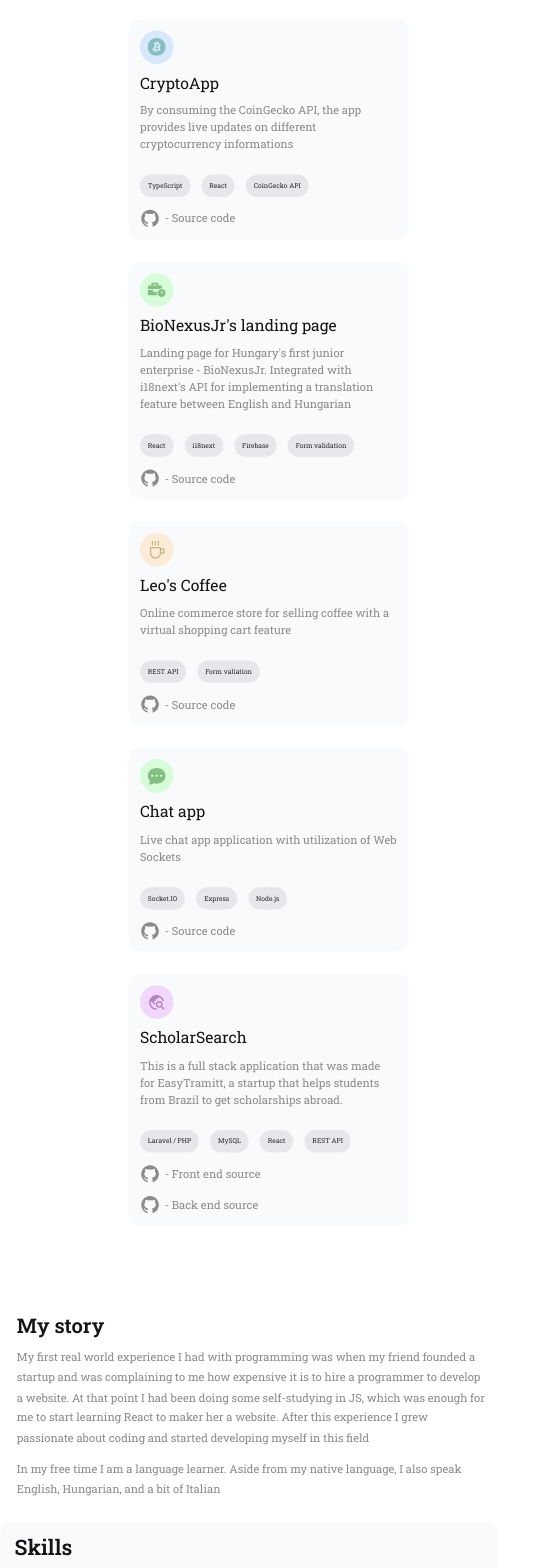
Repository: Leoka2000/portfolio-final
Page: /
The author's editor kept a copy of each file at every save. The page is drawn from the files as they stood at one save, then again after the next save.
The browser window is 768 px wide. The pictures show the part of the page from y = 588 to 2828 px (the page is 3826 px tall before and 3834 px after), at 70% of full size.
The page's requests for data from a server got no answer. Some web fonts or font styles are not loaded; a fallback is used. The project was rebuilt for these pictures with package versions that can differ from the ones it lists, and the page was loaded fresh each time. No one was signed in, and anything a server would have sent is missing. Also part of the build but not shown: src/App.css. Imported but missing from the stored project, and not drawn on this page: src/assets/LeoCV.pdf, src/assets/ScholarSearch.mp4.

Above is the page before, as saved 2023-05-11 19:57:11.

### public/index.html
<!DOCTYPE html>
<html lang="en">
  <head>
    <meta charset="utf-8" />
    <link rel="icon" href="%PUBLIC_URL%/favicon.ico" />
    <meta name="viewport" content="width=device-width, initial-scale=1" />
    <meta name="theme-color" content="#000000" />
    <meta
      name="description"
      content="Web site created using create-react-app"
    />
    <link rel="apple-touch-icon" href="%PUBLIC_URL%/logo192.png" />
    <!-- font -->
    <link rel="preconnect" href="https://fonts.googleapis.com">
    <link rel="preconnect" href="https://fonts.gstatic.com" crossorigin>
    <link href="https://fonts.googleapis.com/css2?family=Fira+Sans+Extra+Condensed:wght@300&family=Roboto+Condensed:wght@300&family=Roboto+Slab:wght@400;500;600&display=swap" rel="stylesheet">

    <!-- font -->
    <link rel="manifest" href="%PUBLIC_URL%/manifest.json" />

    <title>React App</title>
  </head>
  <body>
    <noscript>You need to enable JavaScript to run this app.</noscript>
    <div id="root"></div>
    <!--
      This HTML file is a template.
      If you open it directly in the browser, you will see an empty page.

      You can add webfonts, meta tags, or analytics to this file.
      The build step will place the bundled scripts into the <body> tag.

      To begin the development, run `npm start` or `yarn start`.
      To create a production bundle, use `npm run build` or `yarn build`.
    -->
  </body>
</html>

### src/pages/main/home.jsx
import React from 'react'
import Navbar from '../../compontents/navbar/navbar'
import Hero from './hero/hero'
import Work from './work/work-parent'
import About from './about/about'
import Contact from '../contact/contact'


const Home = () => {
  return (
    <>
      <Hero/>
      <Work/>
      <About/>
      <Contact/>
    </>
  )
}

export default Home

### src/compontents/navbar/navbar.css
.nav-navbar {
    display: flex;
    justify-content: flex-start;

    align-items: center;
    height: 90px;
}

.nav-navbar > span {
    display: flex;
    color: var(--h1);
    text-align: center;
    align-items: center;
    justify-content: center;
    background-color: #f5f5f5;
    font-weight: 300;
    padding: 9px 30px;
    border-radius: 30px;
    height: 2rem;
    gap: 1rem;
    width: auto;
    position: absolute;
    right: 30rem;

}
.nav-navbar > span > div {
width: 1.4rem;
border-radius: 100%;
background-color: rgb(101, 223, 101);
height: 1.4rem;
}
.dropdown-menu{
    position: absolute;
    right: 0;
    margin-right: 2rem;


}
.nav-dropdown {
    transform: none;
    transition: all 2s ease-in-out;
    margin-top: 1rem;
    background-color: #f5f5f5;
    position: absolute;
    top: 1;
    right: 0;
    border-radius: 10px;
    width: 10rem;
    height: 8.5rem;
    font-size: 1.2rem;
    transition: all .2s ease-in-out;
    box-shadow: rgba(0, 0, 0, 0.1) 0px 20px 25px -5px, rgba(0, 0, 0, 0.04) 0px 10px 10px -5px;
    opacity:1;
    transition:

     0s linear,
     1s linear;
}
.nav-dropdown::before {
    content: "";
z-index: -1;
position: absolute;
top: 0;
right: 0;
bottom: 0;
left: 0;
background: linear-gradient(-45deg,#e81cff,#40c9ff);
transform: translateZ(0) scale(.95);
filter: blur(20px);
opacity: .6;
transition: .3s;
border-radius: inherit;
transition: all 2s ease-in-out;

}
.dropdown{

    list-style: none;
    display: flex;
 flex-direction: column;
 padding: 1rem;
 transform: none;
 opacity:1;
    transition:

     0s linear,
     1s linear;


}

.dropdown > a {
    list-style: none;
    width: 84%;
    display: flex;
    padding: 0.5rem 1rem 0.5rem 0.7rem;
}
.dropdown > a > a {
    width: 100%;
}
.dropdown a:hover {
    background-color: rgb(219, 219, 219);
    cursor: pointer;
    border-radius: 10px;
    transition: 0.2s;
}
.nav-navbar > div > button {
    background-color: transparent;
    outline: none;
    border: none;
    display: flex;
    align-items: center;
    background-color: #f5f5f5;
    border-radius: 10px;

    padding: 0.8rem;
    justify-content: center;
    gap: 0.2rem;
    cursor: pointer;
    position: relative;
    transition: 0.3s;
}
.nav-navbar > div > button:hover {
background-color: rgb(228, 228, 228);
transform: scale(1.1);
}
.dropdown-menu > button > p {
    font-size: 1.2rem;

}
.dropdown-menu button svg {
    font-size: 1.5rem;
}

### src/pages/main/hero/hero.jsx
import React from 'react'
import {AiFillGithub} from 'react-icons/ai'
import {AiOutlineMail} from 'react-icons/ai'
import {AiFillLinkedin} from 'react-icons/ai'
import './hero.css'
import { Link } from 'react-scroll'

const hero = () => {
  return (
    <>
      <section className='hero-section'>
        <h1>Hi, I'm Leo, a front-end developer</h1>
        <p>I build things for the web primarily using React. Currently living in Hungary</p>
        <div className='icons-wrapper'>
          <a href='https://www.linkedin.com/in/leoreus/'><AiFillGithub/></a>
          <a href='https://github.com/Leoka2000'><AiOutlineMail/> </a>
          <a><AiFillLinkedin/></a>
        </div>
        <button className='hero-btn'> <Link to="contact" spy={true} smooth={true} offset={100} duration={500}>Hire me</Link></button>
      </section>
    </>
  )
}

export default hero

### src/pages/main/hero/hero.css
.hero-section {
    display: flex;
    flex-direction: column;
    text-align: center;
    align-items: center;
    padding: 4rem 2rem 2rem 2rem;
    justify-content: center;
    gap: 1.5rem
}
.hero-section h1 {
    color: var(--h1);
    font-size: 5rem;
}
.hero-section p {
    color: var(--p);
    font-size: 2rem;
    line-height: 2.5rem;
    width: 80%;

}
.icons-wrapper {
    font-size: 2rem;
    color: var(--p);
    background-color: #f5f5f5;
    border-radius: 25px;
    align-items: center;
    padding: 0.8rem 0 0.5rem 0;
    width: 12rem;
    display: flex;
    justify-content: center;
    gap: 1rem;
    cursor: pointer;

}
.icons-wrapper a {
    text-decoration: none;
    color: var(--p);
}
.icons-wrapper svg {
    transition: 0.4s;
}
.icons-wrapper svg:hover {
    color: rgb(0, 0, 0);
}


.hero-section > button {
    font-family: 'Fira Sans Extra Condensed', sans-serif;

    font-family: 'Inter', sans-serif;

    font-family: 'Roboto Condensed', sans-serif;

    font-family: 'Roboto Slab', serif;

    display: flex;
    justify-content: center;
    align-items: center;
    color: white;
    font-size: 1.3rem;
    width: 10rem;
    height: 3.5rem;
    border-radius: 10px;
    outline: none;
    background-color: black;
    border: none;
    position: relative;
    cursor: pointer;
    transition: all .2s ease-in-out;
    box-shadow: rgba(0, 0, 0, 0.1) 0px 20px 25px -5px, rgba(0, 0, 0, 0.04) 0px 10px 10px -5px;
}
.hero-section > button::before {
    content: "";
z-index: -1;
position: absolute;
top: 0;
right: 0;
bottom: 0;
left: 0;
background: linear-gradient(-45deg, #e81cff, #40c9ff);
transform: translateZ(1) scale(.98);
filter: blur(20px);
opacity: .6;
transition: opacity .3s;
border-radius: inherit;
transition: all .2s ease-in-out;
}
.hero-section > button::after {

        content: "";
        z-index: -1;
        position: absolute;
        top: 0;
        right: 0;
        bottom: 0;
        left: 0;
        background: inherit;
        border-radius: inherit;
      }

.hero-section > button:hover {
transform: scale(1.1);
background-color: white;
color: black;
}



@media screen and (max-width: 1000px) {
    .hero-section > h1 {
        color: var(--h1);
        font-size: 2rem;
    }
    .hero-section > p {
        font-size: 1.2rem;
        line-height: 1.4rem;
    }

}

### src/pages/main/work/work.css
.work-section {
    display: flex;
    flex-direction: column;
    justify-content: center;
    padding: 4rem 1rem 1rem 1rem;

}
.work-section > header {
text-align: center;
font-size:2.5rem;
}

.work-main {
    padding-top: 4rem;
    display: flex;
    gap: 2rem;
    flex-wrap: wrap;
    justify-content: center;
}
.individual-wrapper {
    background-color: var(--background);
    width: 23rem;
    cursor: pointer;
    display: flex;
    justify-content: space-between;
    flex-direction: column;
gap: 1rem;
padding: 1rem;
border-radius: 15px;
height: auto;
transition: 0.5s;
}
.individual-wrapper:hover {
    transform: scale(1.02);
    background-color: rgb(241, 241, 241);

}
.individual-wrapper > h1 {
    font-size: 1.4rem;
    font-weight: 400;
}
.individual-wrapper > span {
    font-size: 1.6rem;
    background-color: var(--background-dark);
    border-radius: 100%;
    width: 3rem;
    height: 3rem;
    justify-content: center;
    align-items: center;
    display: flex;
}
.individual-wrapper > p {
    color: var(--p);
    line-height: 1.5rem;
}
.key-wrapper {
    display: flex;
    gap: 1rem
}
.key-wrapper > span {
    margin-top: 1rem;
    text-align: center;
    padding: 0.7rem;
    border-radius: 16px;
    width: auto;
    display: block;
    font-weight: 100;
    font-size: 0.75rem;
    background-color: var(--background-dark);
    color :rgb(43, 43, 43)
}

a { color: inherit;
text-decoration: none;
}
.individual-wrapper > a {
    font-size: 1.8rem;
    cursor: pointer;
    display: flex;
    color: var(--p);
    align-items: center;
    gap: 0.4rem;
    transition: 0.3s;
}
.individual-wrapper > a > p {
    color: var(--p);
    font-size: 1rem;
    transition: 0.3s;

}

.individual-wrapper > a:hover #hover {
    color: black;
}

.individual-wrapper > a:hover {
    color: black;
}
#work-1 {
    background-color: rgb(215, 232, 252);
    color: rgb(133, 190, 188);
}

#work-2 {
    background-color: rgb(215, 252, 217);
    color: rgb(133, 190, 133);
}
#work-3 {
    background-color: rgb(252, 235, 215);
    color: rgb(190, 184, 133);
}
#work-4 {
    background-color: rgb(215, 252, 217);
    color: rgb(133, 190, 133);
}
#work-5 {
    background-color: rgb(241, 215, 252);
    color: rgb(183, 133, 190);
}

  .video-overlay {
    position: fixed;
    top: 0;
    left: 0;
    width: 100%;
    height: 100%;
    background-color: rgba(0, 0, 0, 0.8);
    display: flex;
    justify-content: center;
    align-items: center;
    z-index: 9999;
  }

  .video-overlay video {
    width: 90%;
    height: 90%;
  }

  .video-overlay button {
    background-color: #fff;
    position: absolute;
    color: #000;
    border: none;
    right: 4rem;
    top: 12rem;
    padding: 10px 20px;
    font-size: 16px;
    border-radius: 4px;
    cursor: pointer;
  }

  .video-overlay button:hover {
    background-color: #000;
    color: #fff;
  }

  @media screen and (max-width: 1000px) {

    .video-overlay button {
        background-color: #fff;
        position: absolute;
        color: #000;
        border: none;
        right: 9rem;
        top: 9rem;
        padding: 10px 20px;
        font-size: 16px;
        border-radius: 4px;
        cursor: pointer;
      }


}

@media screen and (max-width: 800px) {
    .key-wrapper > span {
        margin-top: 1rem;
        text-align: center;
        padding: 0.7rem;
        border-radius: 16px;
        width: auto;
        display: block;
        font-weight: 100;
        font-size: 0.6rem;
        background-color: var(--background-dark);
        color :rgb(43, 43, 43)
    }
}

### src/pages/main/work/projects/bionexus/index.jsx
import React from 'react'
import {FaBusinessTime} from 'react-icons/fa'
import {AiFillGithub} from 'react-icons/ai'

const index = () => {
  return (
    <a target='_blank' href='https://bionexusjr.com/' className='individual-wrapper'>
    <span id='work-2'><FaBusinessTime/></span>
    <h1>BioNexusJr's landing page</h1>
    <p>Landing page for Hungary's first junior enterprise - BioNexusJr. Integrated with i18next's API for implementing a translation feature between English and Hungarian</p>
    <div className='key-wrapper'>
    <span>React</span>
      <span>i18next</span>
      <span>Firebase</span>
      <span>Form validation</span>
    </div>
    <a href='https://github.com/Leoka2000/BioNexus-s-Website'><AiFillGithub/><p id='hover'>- Source code</p></a>
  </a>
  )
}

export default index

### src/pages/main/work/projects/coffee/index.jsx
import React from 'react'
import {AiOutlineCoffee} from 'react-icons/ai'
import {AiFillGithub} from 'react-icons/ai'

const index = () => {
  return (
    <a target='_blank'  href='https://voluble-salamander-19402b.netlify.app/' className='individual-wrapper'>
      <span id='work-3'><AiOutlineCoffee/></span>
      <h1>Leo's Coffee</h1>
      <p>Online commerce store for selling coffee with a virtual shopping cart feature</p>
      <div className='key-wrapper'>
        <span>REST API</span>
        <span>Form valiation</span>
      </div>
      <a href='https://www.facebook.com/'><AiFillGithub/><p id='hover'>- Source code</p></a>
    </a>
  )
}

export default index

### src/pages/main/work/projects/chatapp/index.jsx
import React from 'react'
import {BsFillChatDotsFill} from 'react-icons/bs'
import {AiFillGithub} from 'react-icons/ai'

const index = () => {
  return (
    <a target='_blank'  href='https://idyllic-horse-830bac.netlify.app/' className='individual-wrapper'>
    <span id='work-4'><BsFillChatDotsFill/></span>
    <h1>Chat app</h1>
    <p>Live chat app application with utilization of Web Sockets</p>
    <div className='key-wrapper'>
      <span>Socket.IO</span>
      <span>Express</span>
      <span>Node.js</span>
    </div>
    <a href='https://www.facebook.com/'><AiFillGithub/><p id='hover'>- Source code</p></a>
  </a>
  )
}

export default index

### src/pages/main/work/projects/easy/index.jsx
import React, { useState } from 'react';
import { MdTravelExplore } from 'react-icons/md';
import { AiFillGithub } from 'react-icons/ai';
import video from '../../../../../assets/ScholarSearch.mp4';

const Index = () => {
  const [isVideoPlaying, setIsVideoPlaying] = useState(false);

  const handleVideoClick = (event) => {
    const targetElement = event.target;
    const isGithubLink = targetElement.closest('.github-link');

    if (!isGithubLink) {
      setIsVideoPlaying(true);
      disableScroll();
    }
  };

  const handleQuitVideo = () => {
    setIsVideoPlaying(false);
    enableScroll();
  };

  const disableScroll = () => {
    document.body.style.overflow = 'hidden';
  };

  const enableScroll = () => {
    document.body.style.overflow = '';
  };

  return (
    <div>
      <div onClick={handleVideoClick} className="individual-wrapper">
        <span id="work-5">
          <MdTravelExplore />
        </span>
        <h1>ScholarSearch</h1>
        <p>
          This is a full stack application that was made for EasyTramitt, a
          startup that helps students from Brazil to get scholarships abroad.
        </p>
        <div className="key-wrapper">
          <span>Laravel / PHP</span>
          <span>MySQL</span>
          <span>React</span>
          <span>REST API</span>
        </div>
        <a target='_blank' href="https://github.com/Leoka2000/front-end-ScholarSearch" className="github-link">
          <AiFillGithub />
          <p id="hover">- Front end source</p>
        </a>
        <a  target='_blank' href="https://github.com/Leoka2000/back-end-laravel" className="github-link">
          <AiFillGithub />
          <p id="hover">- Back end source</p>
        </a>
      </div>

      {isVideoPlaying && (
        <div className="video-overlay">
          <video src={video} controls autoPlay />
          <button onClick={handleQuitVideo}>Quit</button>
        </div>
      )}
    </div>
  );
};

export default Index;

### src/pages/main/work/projects/cryptoapp/index.jsx
import React from 'react'
import {SiBitcoin} from 'react-icons/si'
import {AiFillGithub} from 'react-icons/ai'

const index = () => {
  return (
    <a target='_blank'  href='https://regal-macaron-8fc4ed.netlify.app/' className='individual-wrapper'>
      <span id='work-1'><SiBitcoin/></span>
      <h1>CryptoApp</h1>
      <p>By consuming the CoinGecko API, the app provides live updates on different cryptocurrency informations</p>
      <div className='key-wrapper'>
      <span>TypeScript</span>
      <span>React</span>
        <span>CoinGecko API</span>
      </div>
      <a href='https://github.com/Leoka2000/CryptoApp'><AiFillGithub/><p id='hover'>- Source code</p></a>
    </a>
  )
}

export default index

### src/pages/main/about/about.css
.about-section {
    display: flex;
    gap: 0.5rem;
    padding: 7rem 1.5rem 5rem 4rem;
}

.left {
    display: flex;
    flex-direction: column;
    width: 50rem;
    gap: 1rem;

}
.left > h1 {
    color: var(--h1);
    font-size: 1.8rem;
}
.left > p {
    line-height: 1.8rem;
    color: var(--p);
    font-size: 1rem;
    font-weight: normal;
    -webkit-font-smoothing: antialiased;
    -moz-osx-font-smoothing: grayscale;
    width: 90%;

}

.right {
    display:flex;
    flex-direction: column;
    background-color: var(--background);
    border-radius: 16px;
    gap:1.6rem;
    padding: 1.3rem;
    justify-content: space-evenly;
    z-index: 0;
    width: 30rem;

}
.right > h1 {
    font-size: 1.9rem;
}
.right > p {
    color: var(--p);
    font-size: 1.1rem;
    line-height: 1.8rem;
    width: 95%;
}
.right-btn {
    display: flex;
    justify-content: center;
    align-items: center;
    color: white;
    font-size: 1rem;
    width: 10rem;
    height: 2.5rem;
    border-radius: 10px;
    outline: none;

    background-color: black;
    border: none;
    position: relative;
    cursor: pointer;
    transition: all .2s ease-in-out;
    box-shadow: rgba(0, 0, 0, 0.1) 0px 20px 25px -5px, rgba(0, 0, 0, 0.04) 0px 10px 10px -5px;
    font-family: 'Fira Sans Extra Condensed', sans-serif;

    font-family: 'Inter', sans-serif;

    font-family: 'Roboto Condensed', sans-serif;

    font-family: 'Roboto Slab', serif;
}
.right-btn::before {
    content:"";
z-index: -1;
position: absolute;
top: 0;
right: 0;
bottom: 0;

left: 0;
background: linear-gradient(-45deg, #e81cff, #40c9ff);
transform: translateZ(1) scale(.98);
filter: blur(20px);
opacity: 0.8;
transition: opacity .3s;
border-radius: inherit;
transition: all .2s ease-in-out;
}
.right-btn::after {

        content: "";
        z-index: -1;
        position: absolute;
        top: 0;
        right: 0;
        bottom: 0;
        left: 0;
        background: inherit;
        border-radius: inherit;
      }

      .right-btn:hover {
transform: scale(1.1);
background-color: white;
color: black;
}




@media screen and (max-width: 1150px) {
    .right {
        width: 35rem;


    }
    .left {
        width: 40rem;
        padding-left: 1.5rem;
    }
}

@media screen and (max-width: 1000px) {
    .about-section {
        flex-direction: column;
        padding-left: 0rem;
    }
    .right {
        width: 90%;



    }
    .left {
        width: 90%;
        padding-bottom: 1.5rem;


    }
    .left > p {
        width: 100%;
    }

    .right-btn {
        width: 13rem;
    }

    .right > p {

        font-size: 1.2rem;

    }
}

### src/pages/main/about/thingsido/index.jsx
import React from 'react'

const index = () => {
  return (
    <div className='left'>
            <h1>My story</h1>
            <p>My first real world experience I had with programming was when my friend founded a startup and was complaining to me how expensive it is to hire a programmer to develop a website. At that point I had been doing some self-studying in JS, which was enough for me to start learning React to maker her a website. After this experience I grew passionate about coding and started developing myself in this field</p>
            <p>In my free time I am a language learner. Aside from my native language, I also speak English, Hungarian, and a bit of Italian</p>
        </div>
  )
}

export default index

### src/pages/main/about/skills/index.jsx
import React from 'react'
import CV from '../../../../assets/LeoCV.pdf'
import './index.css'



const index = () => {
    return (
        <div className='right'>
            <h1>Skills</h1>
            <p>HTML / CSS / TypeScript / React / Laravel / PHP / MySQL / Next.js / Node.js / Express.js / Figma</p>
            <a href={CV} download className='right-btn'>Download CV</a>
        </div>
    )
}

export default index

Loaded but not shown: src/index.js (common file); src/index.css (common file); src/App.js (common file); src/pages/contact/inputs/index.js (55 lines, source omitted); src/compontents/navbar/navbar.js (35 lines, source omitted); src/pages/main/work/work-parent.js (32 lines, source omitted); src/firebaseConfig.js (27 lines, source omitted); src/pages/contact/contact.js (22 lines, source omitted); src/pages/main/about/about.js (15 lines, source omitted); src/pages/contact/contact.css (159 lines, source omitted); src/pages/main/about/skills/index.css (no stored copy; drawn as an empty file)

After the next save:
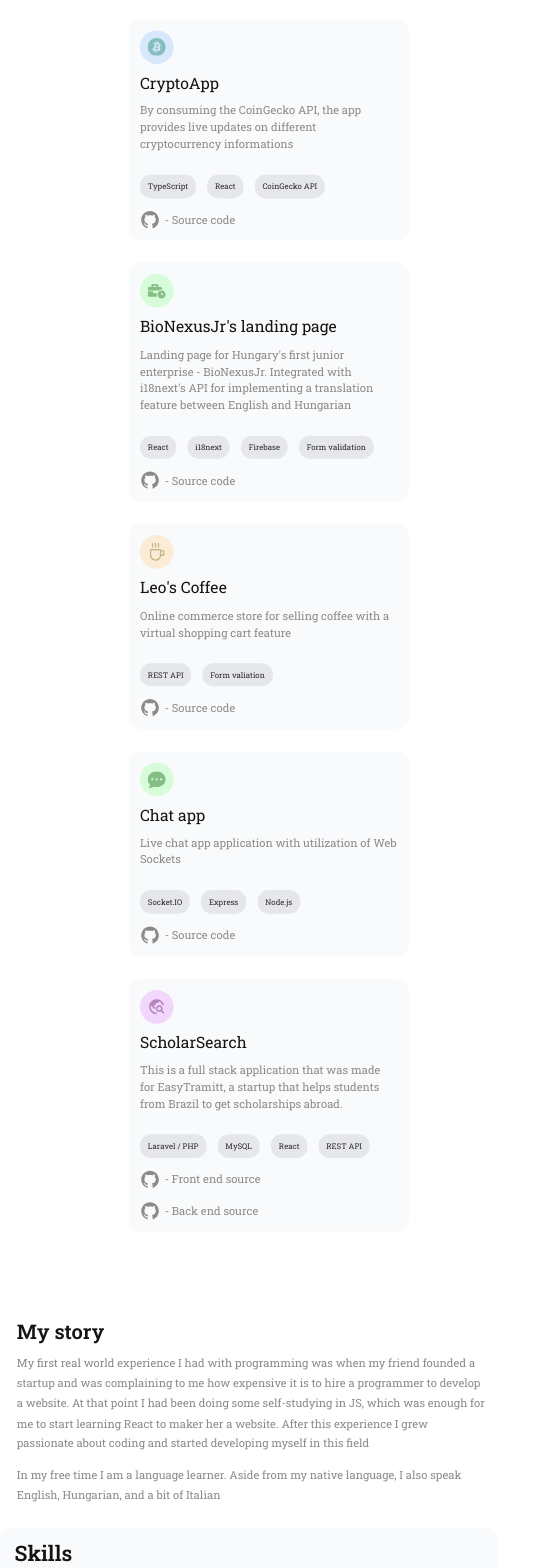
Saved 26 s later.
--- a/src/pages/main/work/work.css
+++ b/src/pages/main/work/work.css
@@ -181,7 +181,7 @@
         width: auto;
         display: block;
         font-weight: 100;
-        font-size: 0.6rem;
+        font-size: 0.7rem;
         background-color: var(--background-dark);
         color :rgb(43, 43, 43)
     }

After the save that followed:
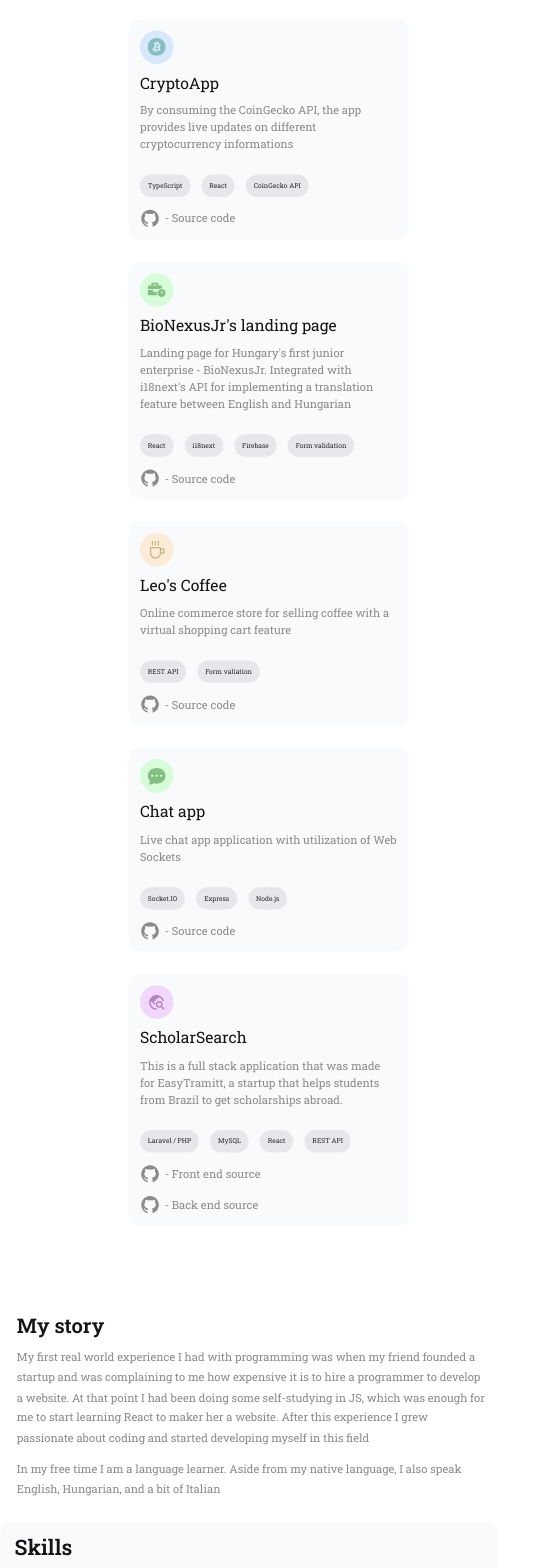
Saved 6 s later.
--- a/src/pages/main/work/work.css
+++ b/src/pages/main/work/work.css
@@ -181,7 +181,7 @@
         width: auto;
         display: block;
         font-weight: 100;
-        font-size: 0.7rem;
+        font-size: 0.6rem;
         background-color: var(--background-dark);
         color :rgb(43, 43, 43)
     }
